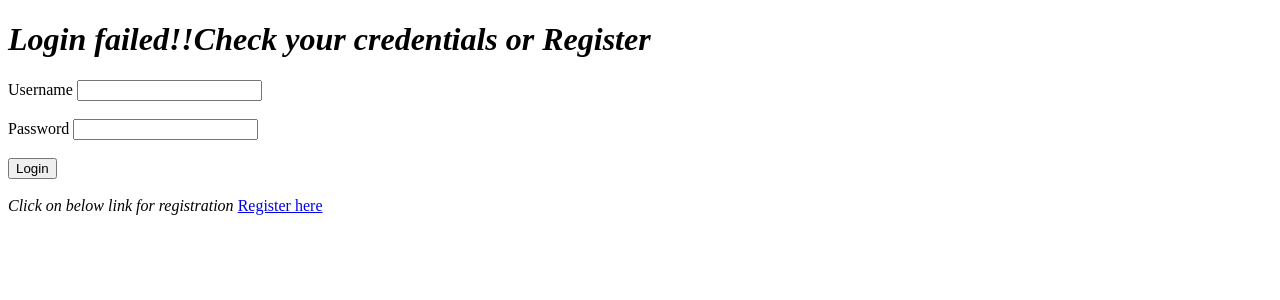
Repository: SwatiJajoriya/JPAForeignKey
Page: http://localhost/SportyShoes/fail.jsp
These files come from the project's save history. The page is drawn as it stood at one moment and after the next save; the edit follows.
The browser window is 1280 px wide. The pictures show the whole page.
The page is served by Tomcat 9. Other server files are loaded and not shown.

Above is the page before, as saved 2023-01-28 10:20:10.

### SportyShoes/src/main/webapp/fail.jsp
<%@ page language="java" contentType="text/html; charset=ISO-8859-1"
    pageEncoding="ISO-8859-1"%>
<!DOCTYPE html>
<html>
<head>
<meta charset="ISO-8859-1">
<title>Insert title here</title>
</head>
<body>
<h1><i>Login failed!!Check your credentials or Register</i></h1>
<%@include file="userlogin.jsp" %>
<br>
<i>Click on below link for registration</i>
<a href="registeruser.jsp">Register here </a>
</body>
</html>

### SportyShoes/src/main/webapp/userlogin.jsp
<%@ page language="java" contentType="text/html; charset=ISO-8859-1"
    pageEncoding="ISO-8859-1"%>
<!DOCTYPE html>
<html>
<head>
<meta charset="ISO-8859-1">
<title>Insert title here</title>
</head>
<body>

<form action="userlogin">

Username <input type="text" name="username"><br><br>

Password <input type="password" name="password"><br><br>

<input type="submit" value="Login">

</form>
</body>
</html>

After the next save:
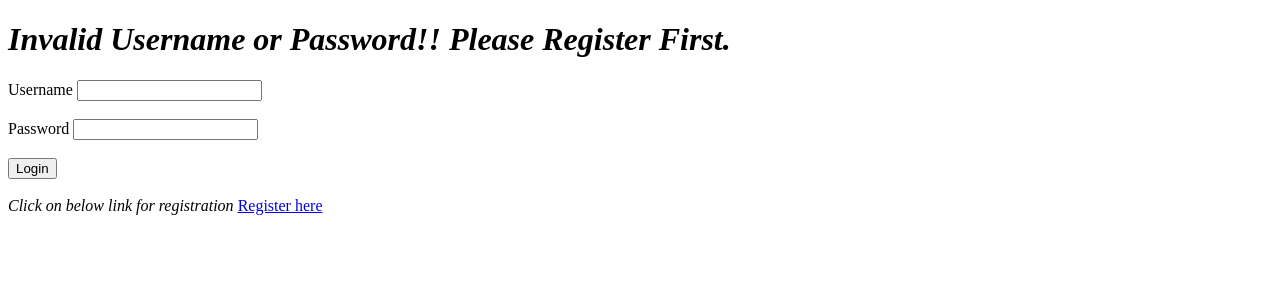
Saved 2 h 17 min later.
--- a/SportyShoes/src/main/webapp/fail.jsp
+++ b/SportyShoes/src/main/webapp/fail.jsp
@@ -7,7 +7,7 @@
 <title>Insert title here</title>
 </head>
 <body>
-<h1><i>Login failed!!Check your credentials or Register</i></h1>
+<h1><i>Invalid Username or Password!! Please Register First.</i></h1>
 <%@include file="userlogin.jsp" %>
 <br>
 <i>Click on below link for registration</i>
